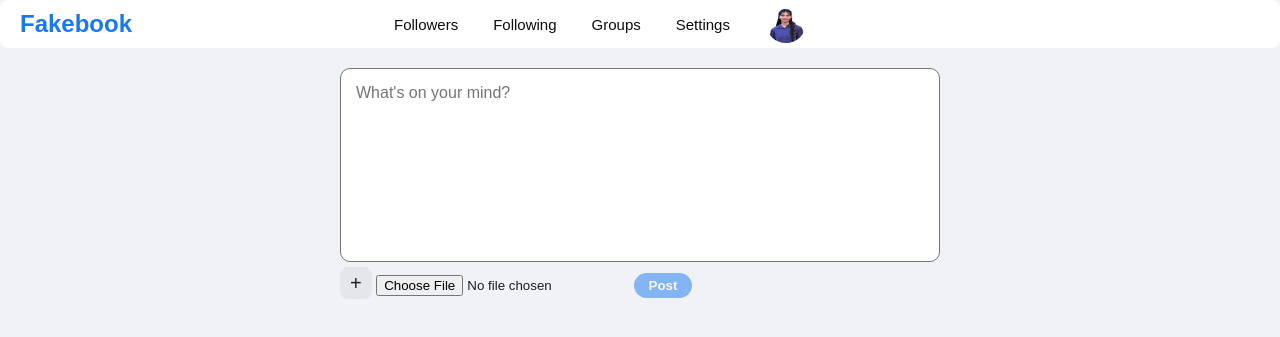
Repository: harpreetkaur2201/FAKEBOOK
Page: fakebook_profile/index.html
An editor plug-in stored every save of this project. The page is shown before and after the next save, followed by the edit.
The browser window is 1280 px wide. The pictures show the whole page.

Above is the page before, as saved 2025-11-14 20:00:38.

### fakebook_profile/index.html
<!doctype html>
<html lang="en">
<head>
  <meta charset="utf-8" />
  <meta name="viewport" content="width=device-width, initial-scale=1" />
  <title>Fakebook</title>
  <link rel="stylesheet" href="./assets/styles/style.css">
</head>
<body>
  <header>
    <div class="logo">Fakebook</div>
    <nav>
      <a href="#followers">Followers</a>
      <a href="#following">Following</a>
      <a href="#groups">Groups</a>
      <a href="#settings">Settings</a>
      <a href="#profile"><img id="headerAvatar" src="./assets/Profile pic.jpg" alt="Profile" class="avatar"></a>
    </nav>
  </header>

  <main>
    <section class="create-post">
      <form id="postForm">
        <textarea id="postText" placeholder="What's on your mind?" rows="9"></textarea>
        <div>
          <label for="imageInput">+</label>
            <input id="imageInput" type="file" accept="image/*">
          <button id="postBtn" type="submit" disabled>Post</button>
        </div>
      </form>
    </section>

    <section id="posts"></section>
  </main>

  <div id="modal" class="modal" aria-hidden="true">
    <div class="modal-content">
      <a href="#" id="closeModal">Close</a>
      <div>
        <div id="modalAvatar"></div>
        <h2 id="modalName">Your Name</h2>
        <p id="modalBio">Your bio will appear here.</p>
      </div>
    </div>
  </div>
    <script type="module" src="./assets/script/script.js"></script>
</body>
</html>

### fakebook_profile/assets/styles/style.css
* {
  padding: 0;
  margin: 0;
  box-sizing: border-box;
  font-family: Arial, sans-serif;
}

body {
  background: #f0f2f5;
  color: #1c1e21;

}

.container {
  max-width: 700px;
  margin: 20px auto;
  padding: 0 15px;
}

header {
  display: flex;
  justify-content: space-between;
  align-items: center;
  background: white;
  padding: 10px 20px;
  border-radius: 8px;
  color: #1877f2;
  position: relative;
}

header .logo {
  font-size: 1.5rem;
  font-weight: bold;
}

header nav {
  position: absolute;
  left: 30%;
  display: flex;
  gap: 15px;
  align-items: center;
}

header nav a {
  text-decoration: none;
  color: #0c0c0c;
  font-size: 15px;
  padding: 5px 10px;
  border-radius: 6px;
  transition: background 0.2s;
}

header nav a:hover {
  background: #e4e6eb;
}

header nav img.avatar {
  width: 40px;
  height: 40px;
  border-radius: 50%;
  position: relative;
  left: 2%;
}

.create-post {
  max-width: 600px; /* limit width */
  margin: 20px auto; /* center form */
}

.create-post form {
  display: flex;
  flex-direction: column;
  gap: 10px;
 /* background: white;
  padding: 15px;
  margin-top: 20px;
  border-radius: 10px; */
}

.create-post label {
  cursor: pointer;
  font-size: 20px;
  background: #e4e6eb;
  padding: 5px 10px;
  border-radius: 8px;
}

#create-post input[type="file"] {
  display: none; /* hide default choose file text */
}

#create-post textarea,
.create-post textarea {
  width: 100%;
  min-height: 120px;
  padding: 15px;
  border-radius: 10px;
  font-size: 16px;
  resize: none;
}

.controls {
  display: flex;
  align-items: center;
  gap: 10px;
}

.file-label {
  background: #e4e6eb;
  padding: 5px 8px;
  border-radius: 8px;
  cursor: pointer;
}

.controls input[type="file"] {
  display: none;
}

#postBtn {
  padding: 5px 15px;
  border-radius: 20px;
  background: #1877f2;
  color: white;
  font-weight: bold;
  cursor: pointer;
  border: none;
}

#postBtn:disabled {
  opacity: 0.5;
  cursor: not-allowed;
}

.posts {
  margin-top: 20px;
  display: flex;
  flex-direction: column;
  gap: 15px;
}

.post {
  background: white;
  padding: 10px;
  border-radius: 10px;
}

.post-header {
  display: flex;
  align-items: center;
  gap: 10px;
  margin-bottom: 8px;
}

.post-header .avatar {
  width: 35px;
  height: 35px;
  border-radius: 50%;
  background: #ccc;
  display: flex;
  align-items: center;
  justify-content: center;
  color: white;
  font-weight: bold;
}

.post-body img {
  max-width: 100%;
  margin-top: 8px;
  border-radius: 8px;
}

.modal {
  position: fixed;
  inset: 0;
  background: rgba(0, 0, 0, 0.5);
  display: flex;
  justify-content: center;
  align-items: center;
  opacity: 0;
  pointer-events: none;
  transition: opacity 0.3s ease;
  z-index: 1000;
}

.modal[aria-hidden="false"] {
  opacity: 1;
  pointer-events: auto;
}

.modal-content {
  background: white;
  padding: 20px;
  border-radius: 12px;
  max-width: 400px;
  width: 90%;
  position: relative;
  box-shadow: 0 4px 10px rgba(0, 0, 0, 0.2);
  text-align: center;
}

.modal-content #closeModal {
  position: absolute;
  top: 10px;
  right: 15px;
  font-size: 1.2rem;
  text-decoration: none;
  color: #333;
}

.account-view h2 {
  margin: 10px 0 5px 0;
  font-size: 1.2rem;
}

.account-view .bio-text {
  font-size: 14px;
  color: #2d2626;
  margin-bottom: 10px;
}

.modal-avatar img {
  width: 60px;
  height: 60px;
  border-radius: 50%;
  object-fit: cover;
}

.account-view div a {
  display: inline-block;
  flex: 1;
  margin: 5px 3px;
  padding: 6px;
  border-radius: 8px;
  background: #e4e6eb;
  font-weight: 500;
  text-decoration: none;
  color: #000;
  transition: background 0.2s;
}

.account-view div a:hover {
  background: #d8dadf;
}

### fakebook_profile/assets/script/script.js
// assets/script/script.js  (make sure index.html uses this file path with type="module")
import { User } from './user.js';
import { Subscriber } from './subscriber.js';

document.addEventListener('DOMContentLoaded', () => {
  // DOM
  const postForm = document.getElementById('postForm');
  const postText = document.getElementById('postText');
  const imageInput = document.getElementById('imageInput');
  const postBtn = document.getElementById('postBtn');
  const postsContainer = document.getElementById('posts');

  const headerAvatar = document.getElementById('headerAvatar');
  const modal = document.getElementById('modal');
  const closeModalBtn = document.getElementById('closeModal');
  const modalName = document.getElementById('modalName');
  const modalBio = document.getElementById('modalBio');
  const modalAvatar = document.getElementById('modalAvatar');

  // Create Subscriber with all required properties (manually provided)
  const account = new Subscriber(
    101,                                  // id
    "Harpreet Kaur",                      // name
    "harpreet123",                        // userName
    "harpreet@example.com",               // email
    ["Food Lovers", "Travel Diaries"],    // pages (array)
    ["Winnipeg Students", "Punjabi Group"], // groups (array)
    true                                  // canMonetize (boolean)
  );

  // UI-only profile (bio + profile pic) — NOT part of the User required fields
  const accountProfile = {
    bio: "Hi! I love food and travel.",
    profilePic: "./assets/Profile pic.jpg"
  };

  // Post class uses account.getInfo() for header name
  class Post {
    constructor(userInfo, profile, text, image) {
      this.userInfo = userInfo; // object from getInfo()
      this.profile = profile;   // UI fields
      this.text = text;
      this.image = image;
      this.time = new Date();
    }

    render() {
      const postDiv = document.createElement('div');
      postDiv.className = 'post';

      // Header: avatar, name, time
      const headerDiv = document.createElement('div');
      headerDiv.className = 'post-header';

      const avatarDiv = document.createElement('div');
      avatarDiv.className = 'avatar';
      if (this.profile.profilePic) {
        avatarDiv.style.backgroundImage = `url(${this.profile.profilePic})`;
        avatarDiv.style.backgroundSize = 'cover';
        avatarDiv.style.backgroundPosition = 'center';
      } else {
        avatarDiv.textContent = this.userInfo.name.charAt(0);
      }

      const nameDiv = document.createElement('div');
      const nameEl = document.createElement('div');
      nameEl.textContent = this.userInfo.name;

      const timeEl = document.createElement('div');
      timeEl.className = 'post-meta';
      timeEl.textContent = this.time.toLocaleString();

      nameDiv.appendChild(nameEl);
      nameDiv.appendChild(timeEl);
      headerDiv.appendChild(avatarDiv);
      headerDiv.appendChild(nameDiv);

      // Body
      const bodyDiv = document.createElement('div');
      bodyDiv.className = 'post-body';
      if (this.text && this.text.trim() !== '') {
        const textP = document.createElement('p');
        textP.textContent = this.text;
        textP.style.textAlign = 'center';
        bodyDiv.appendChild(textP);
      }
      if (this.image) {
        const img = document.createElement('img');
        img.src = this.image;
        img.alt = 'Posted image';
        bodyDiv.appendChild(img);
      }

      postDiv.appendChild(headerDiv);
      postDiv.appendChild(bodyDiv);
      return postDiv;
    }
  }

  const posts = [];

  // Toggle Post button: require text OR image
  function togglePostBtn() {
    postBtn.disabled = postText.value.trim() === '' && imageInput.files.length === 0;
  }

  postText.addEventListener('input', togglePostBtn);
  imageInput.addEventListener('change', togglePostBtn);

  // Submit
  postForm.addEventListener('submit', (e) => {
    e.preventDefault();
    if (imageInput.files[0]) {
      const reader = new FileReader();
      reader.onload = () => createPost(reader.result);
      reader.readAsDataURL(imageInput.files[0]);
    } else {
      createPost(null);
    }
  });

  function createPost(imageData) {
    const userInfo = account.getInfo(); // Subscriber.getInfo() calls super.getInfo()
    const newPost = new Post(userInfo, accountProfile, postText.value, imageData);
    posts.unshift(newPost);
    renderPosts();
    postForm.reset();
    togglePostBtn();
  }

  function renderPosts() {
    postsContainer.innerHTML = '';
    posts.forEach(p => {
      if (p.text || p.image) postsContainer.appendChild(p.render());
    });
  }

  // Modal logic — USE getInfo() to populate
  headerAvatar.addEventListener('click', () => {
    const info = account.getInfo();  // <-- must come from getInfo()
    modalName.textContent = info.name;
    modalBio.textContent = accountProfile.bio || '';
    modalAvatar.innerHTML = '';
    if (accountProfile.profilePic) {
      const img = document.createElement('img');
      img.src = accountProfile.profilePic;
      img.alt = info.name;
      modalAvatar.appendChild(img);
    }

    // OPTIONAL: show subscriber details inside modal too (pages/groups)
    // Example: append below bio:
    const extra = document.createElement('div');
    extra.innerHTML = `<small>Pages: ${info.pages.join(', ') || '—'}</small><br>
                       <small>Groups: ${info.groups.join(', ') || '—'}</small><br>
                       <small>Can monetize: ${info.canMonetize}</small>`;
    modalAvatar.parentElement.appendChild(extra);

    modal.setAttribute('aria-hidden', 'false');
  });

  closeModalBtn.addEventListener('click', () => {
    modal.setAttribute('aria-hidden', 'true');
    // remove appended extra if present (clean)
    const parent = modalAvatar.parentElement;
    if (parent.lastElementChild && parent.lastElementChild.tagName === 'DIV' &&
        parent.lastElementChild.innerHTML.includes('Can monetize')) {
      parent.removeChild(parent.lastElementChild);
    }
  });

  modal.addEventListener('click', (e) => { if (e.target === modal) modal.setAttribute('aria-hidden', 'true'); });

  // initial
  togglePostBtn();
}); // end DOMContentLoaded

### fakebook_profile/assets/script/user.js
'use strict';

// user.js
export class User {
  #id;
  #name;
  #userName;
  #email;

  constructor(id, name, userName, email) {
    this.#id = id;
    this.#name = name;
    this.#userName = userName;
    this.#email = email;
  }

  getInfo() {
    return {
      id: this.#id,
      name: this.#name,
      userName: this.#userName,
      email: this.#email
    };
  }
}

### fakebook_profile/assets/script/subscriber.js
'use strict';
// subscriber.js
import { User } from './user.js';

export class Subscriber extends User {
  #pages;
  #groups;
  #canMonetize;

  constructor(id, name, userName, email, pages = [], groups = [], canMonetize = false) {
    super(id, name, userName, email);
    this.#pages = pages;
    this.#groups = groups;
    this.#canMonetize = canMonetize;
  }

  getInfo() {
    return {
      ...super.getInfo(),
      pages: this.#pages,
      groups: this.#groups,
      canMonetize: this.#canMonetize
    };
  }
}

After the next save:
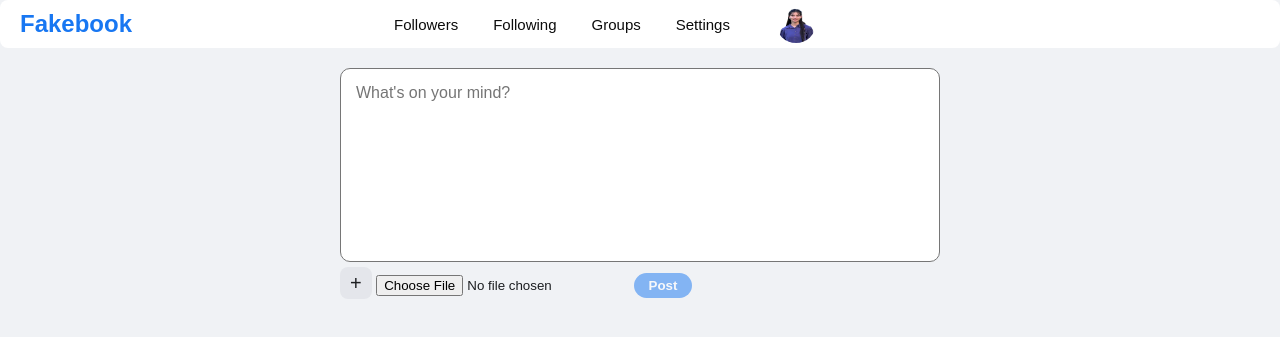
Saved 4 s later.
--- a/fakebook_profile/assets/styles/style.css
+++ b/fakebook_profile/assets/styles/style.css
@@ -59,7 +59,7 @@ header nav img.avatar {
   height: 40px;
   border-radius: 50%;
   position: relative;
-  left: 2%;
+  left: 27%;
 }
 
 .create-post {
